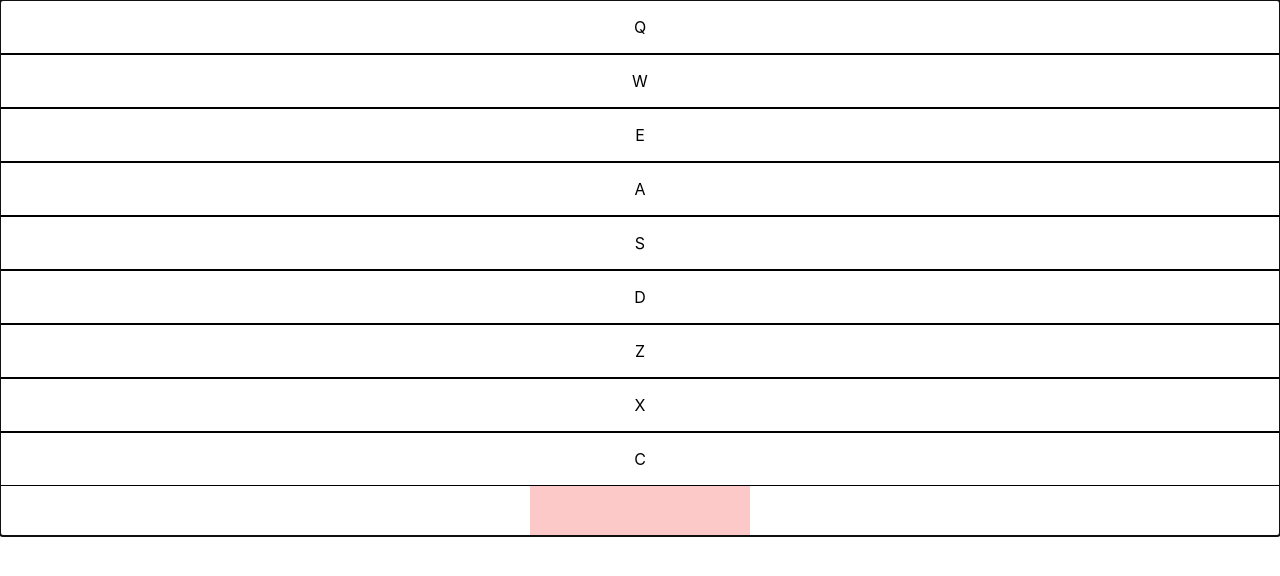
Repository: milac0/drum-machine
Page: /
The author's editor kept a copy of each file at every save. The page is drawn from the files as they stood at one save, then again after the next save.
The browser window is 1280 px wide. The pictures show the whole page.
The project was rebuilt for these pictures with package versions that can differ from the ones it lists, and the page was loaded fresh each time.

Above is the page before, as saved 2019-10-25 17:12:03.

### public/index.html
<!DOCTYPE html>
<html lang="en">
  <head>
    <meta charset="utf-8" />
    <link rel="shortcut icon" href="%PUBLIC_URL%/favicon.ico" />
    <meta name="viewport" content="width=device-width, initial-scale=1" />
    <meta name="theme-color" content="#000000" />
    <!--
      manifest.json provides metadata used when your web app is installed on a
      user's mobile device or desktop. See https://developers.google.com/web/fundamentals/web-app-manifest/
    -->
    <link rel="manifest" href="%PUBLIC_URL%/manifest.json" />
    <!--
      Notice the use of %PUBLIC_URL% in the tags above.
      It will be replaced with the URL of the `public` folder during the build.
      Only files inside the `public` folder can be referenced from the HTML.

      Unlike "/favicon.ico" or "favicon.ico", "%PUBLIC_URL%/favicon.ico" will
      work correctly both with client-side routing and a non-root public URL.
      Learn how to configure a non-root public URL by running `npm run build`.
    -->
    <title>Drum Machine</title>
  </head>
  <body>
    <noscript>You need to enable JavaScript to run this app.</noscript>
    <div id="root"></div>
    <!--
      This HTML file is a template.
      If you open it directly in the browser, you will see an empty page.

      You can add webfonts, meta tags, or analytics to this file.
      The build step will place the bundled scripts into the <body> tag.

      To begin the development, run `npm start` or `yarn start`.
      To create a production bundle, use `npm run build` or `yarn build`.
    -->
    <script src="https://cdn.freecodecamp.org/testable-projects-fcc/v1/bundle.js"></script>
  </body>
</html>

### src/index.css
html {
  height: 100%;
}

body {
  margin: 0;
  padding: 0;
  height: 100%;
  min-height: 100%;
  width: 100%;
  font-family: -apple-system, BlinkMacSystemFont, "Segoe UI", "Roboto", "Oxygen",
    "Ubuntu", "Cantarell", "Fira Sans", "Droid Sans", "Helvetica Neue",
    sans-serif;
  -webkit-font-smoothing: antialiased;
  -moz-osx-font-smoothing: grayscale;
}
#root{
  height: 100%;
}
code {
  font-family: source-code-pro, Menlo, Monaco, Consolas, "Courier New",
    monospace;
}

### src/App.js
import React from "react";
import "./App.css";
import DrumPad from "./Components/DrumPad";

class App extends React.Component {
  constructor(props) {
    super(props);
    this.references = {};
    this.state = { display: "" };
    this.keyPressRef = React.createRef();
    this.handleClick = this.handleClick.bind(this);
    this.handleKeyDown = this.handleKeyDown.bind(this);
    this.getOrCreateRef = this.getOrCreateRef.bind(this);
    this.setDisplay = this.setDisplay.bind(this);
  }

  componentDidMount() {
    this.keyPressRef.current.focus();
  }

  handleClick = id => {
    // console.log(this.references[id].current);
    this.references[id].current.play();
    this.references[id].current.currentTime = 0;
    this.setDisplay(id);
  };

  handleKeyDown = e => {
    if (this.references.hasOwnProperty(e.key.toUpperCase())) {
      this.references[e.key.toUpperCase()].current.play();
      this.references[e.key.toUpperCase()].current.currentTime = 0;
    }
    this.setDisplay(e.key.toUpperCase());
  };

  setDisplay(id) {
    let display;
    try {
      display = drums.filter(elem => elem.id === id)[0].text;
    } catch {
      display = this.state.display;
    }
    console.log(display);
    this.setState({ display });
  }

  getOrCreateRef(id) {
    if (!this.references.hasOwnProperty(id)) {
      return (this.references[id] = React.createRef());
    } else return this.references[id];
  }

  render() {
    return (
      <div
        id="drum-machine"
        ref={this.keyPressRef}
        onKeyDown={this.handleKeyDown}
        tabIndex="0"
      >


        {/* <div id="drum-pads"> */}
          {drums.map((elem, i) => (
            <DrumPad
              name={elem.text}
              ref={this.getOrCreateRef(elem.id)}
              clickHandler={this.handleClick}
              id={elem.id}
              src={elem.src}
              key={i}
            />
          ))}
        {/* </div> */}
        <p id="display">{this.state.display}</p>
      </div>
    );
  }
}

const drums = [
  {
    id: "Q",
    text: "hit the nail",
    src:
      "https://sampleswap.org/samples-ghost/DRUMS%20(SINGLE%20HITS)/Kicks/16[kb]808bd.aif.mp3"
  },
  {
    id: "W",
    text: "badong",
    src:
      "https://sampleswap.org/samples-ghost/DRUMS%20(SINGLE%20HITS)/Kicks/152[kb]808bd3.aif.mp3"
  },
  {
    id: "E",
    text: "stop kick",
    src:
      "https://sampleswap.org/samples-ghost/DRUMS%20(SINGLE%20HITS)/Kicks/15[kb]808bd2.aif.mp3"
  },
  {
    id: "A",
    text: "pang",
    src:
      "https://sampleswap.org/samples-ghost/DRUMS%20(SINGLE%20HITS)/Kicks/152[kb]808distbd.aif.mp3"
  },
  {
    id: "S",
    text: "boing",
    src:
      "https://sampleswap.org/samples-ghost/DRUMS%20(SINGLE%20HITS)/Kicks/67[kb]808sub.aif.mp3"
  },
  {
    id: "D",
    text: "absolute insane kikdrum",
    src:
      "https://sampleswap.org/samples-ghost/DRUMS%20(SINGLE%20HITS)/Kicks/69[kb]absolutely-insane-kikdrum.wav.mp3"
  },
  {
    id: "Z",
    text: "absurdistan kick",
    src:
      "https://sampleswap.org/samples-ghost/DRUMS%20(SINGLE%20HITS)/Kicks/34[kb]absurdistan-kick.wav.mp3"
  },
  {
    id: "X",
    text: "backwards in crash",
    src:
      "https://sampleswap.org/samples-ghost/DRUMS%20(SINGLE%20HITS)/Gongs%20and%20Super%20Crashes/61[kb]backwards-in-crash.aif.mp3"
  },
  {
    id: "C",
    text: "cymbals",
    src:
      "https://sampleswap.org/samples-ghost/DRUMS%20(SINGLE%20HITS)/Cymbals/100[kb]curiouscym1.aif.mp3"
  }
];

export default App;

### src/App.css
/* #drum-pads {
  max-width: 40%;
  height: auto;
  margin: 0 auto;
  padding: 10px;
  position: relative;
  margin: 0 auto;
  align-self: auto;
  display: inline-grid;
} */

#display {
  margin: 0 auto;
  height: 30px;
  width: 200px;
  padding: 10px;
  background: #FDC8C8;
  text-align: center;
}

.drum-pad {
  text-align: center;
  border: 1px solid black;
  padding: 1rem 1.5rem;
}

#W {
  grid-column-start: 2;
  grid-column-end: 3;
}

#E {
  grid-column-start: 3;
  grid-column-end: 4;
}

.drum-pad:hover {
  cursor: pointer;
}

### src/Components/DrumPad.js
import React from "react";

const DrumPad = React.forwardRef((props, ref) => (
  <div
    className="drum-pad"
    id={props.id}
    onClick={() => props.clickHandler(props.id)}
    text={props.name}
  >
    {props.id}
    <audio ref={ref} src={props.src} className="clip" id={props.id}></audio>
  </div>
));

export default DrumPad;

Loaded but not shown: src/index.js (common file)

After the next save:
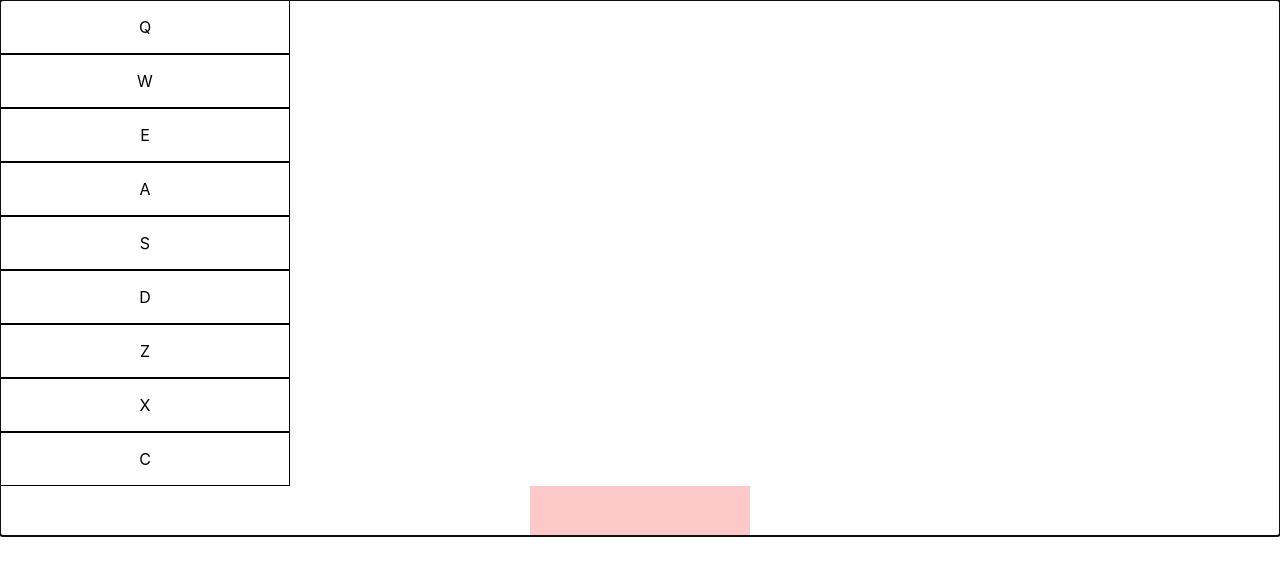
Saved 10 s later.
--- a/src/App.css
+++ b/src/App.css
@@ -19,6 +19,7 @@
 }
 
 .drum-pad {
+  width: 240px;
   text-align: center;
   border: 1px solid black;
   padding: 1rem 1.5rem;
